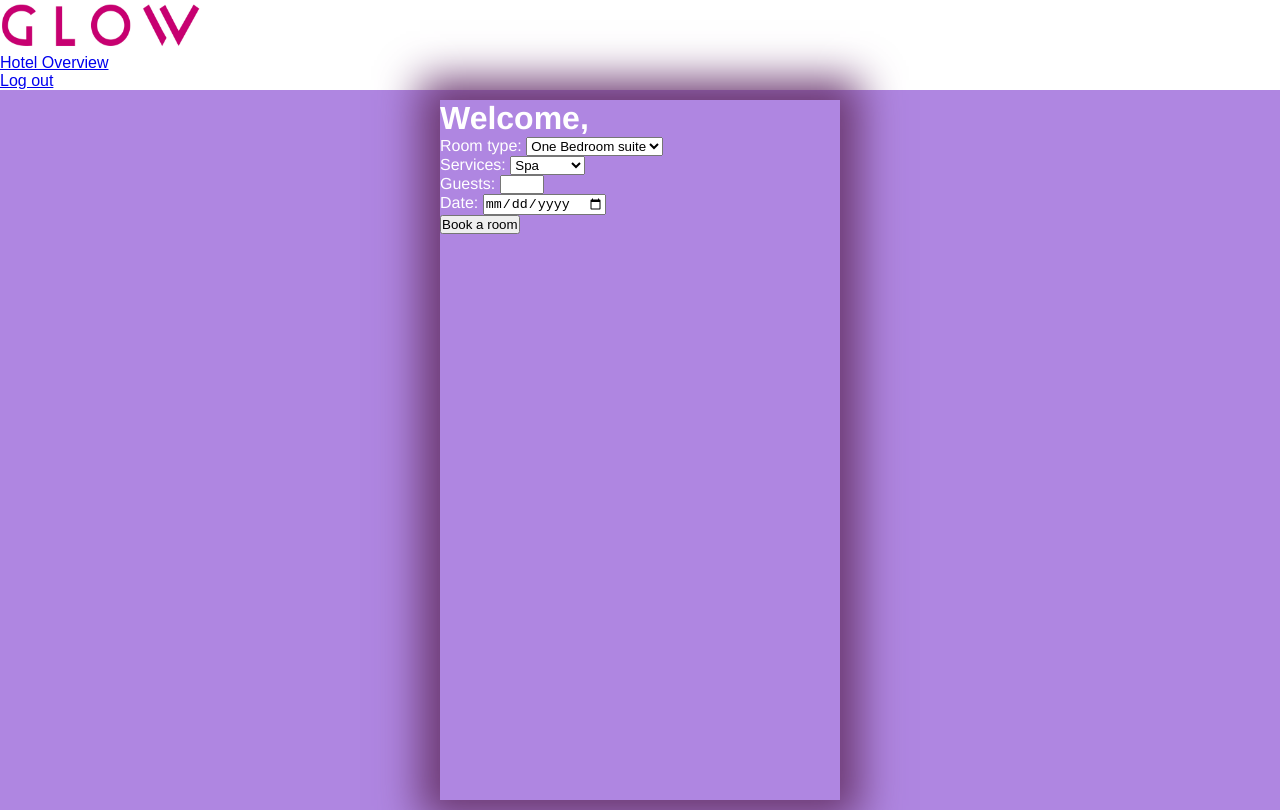
Repository: M-p1998/solo-dojo-project
Page: http://localhost/hotel/WEB-INF/hotel/room.jsp
An editor plug-in stored every save of this project. The page is shown before and after the next save, followed by the edit.
The browser window is 1280 px wide. The pictures show the whole page.
The page is served by Tomcat 9. Nobody is signed in. The template is opened directly, without the code that normally fills it, so the values that code supplies are empty.

Above is the page before, as saved 2022-02-14 17:37:59.

After the next save:
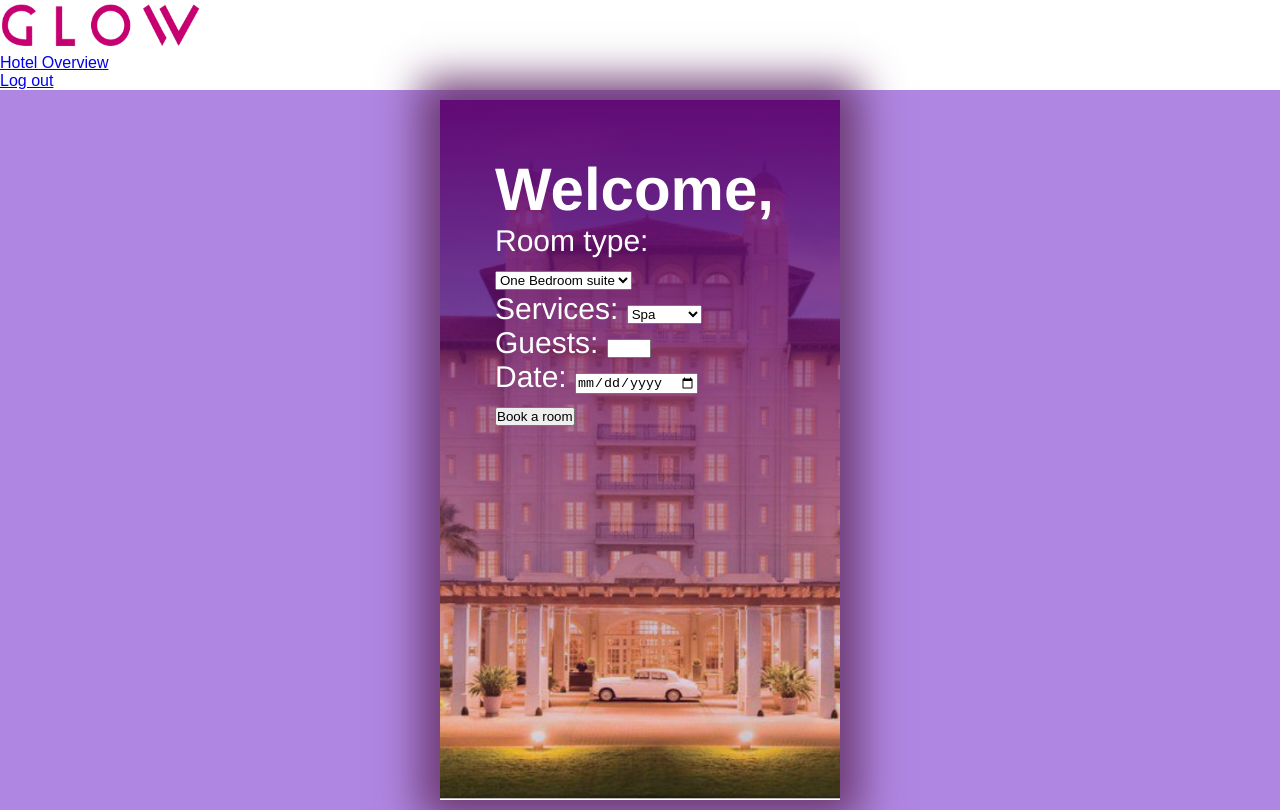
Saved 5 min 1 s later.
--- a/hotel/src/main/webapp/css/room.css
+++ b/hotel/src/main/webapp/css/room.css
@@ -74,3 +74,16 @@ body{
 	transition: transform 1s;
 	transform-style: preserve-3d;
 }
+
+.card-front{
+	position: absolute;
+	width: 100%;
+	height: 100%;
+	background-position: center;
+	background-size: cover;
+	background-image: linear-gradient(rgba(98, 10, 117), rgba(0,0,255,0)), url(/image/hotel.png);
+	padding: 55px;
+	box-sizing: border-box;
+	backface-visibility: hidden;
+	font-size: 30px;
+}
